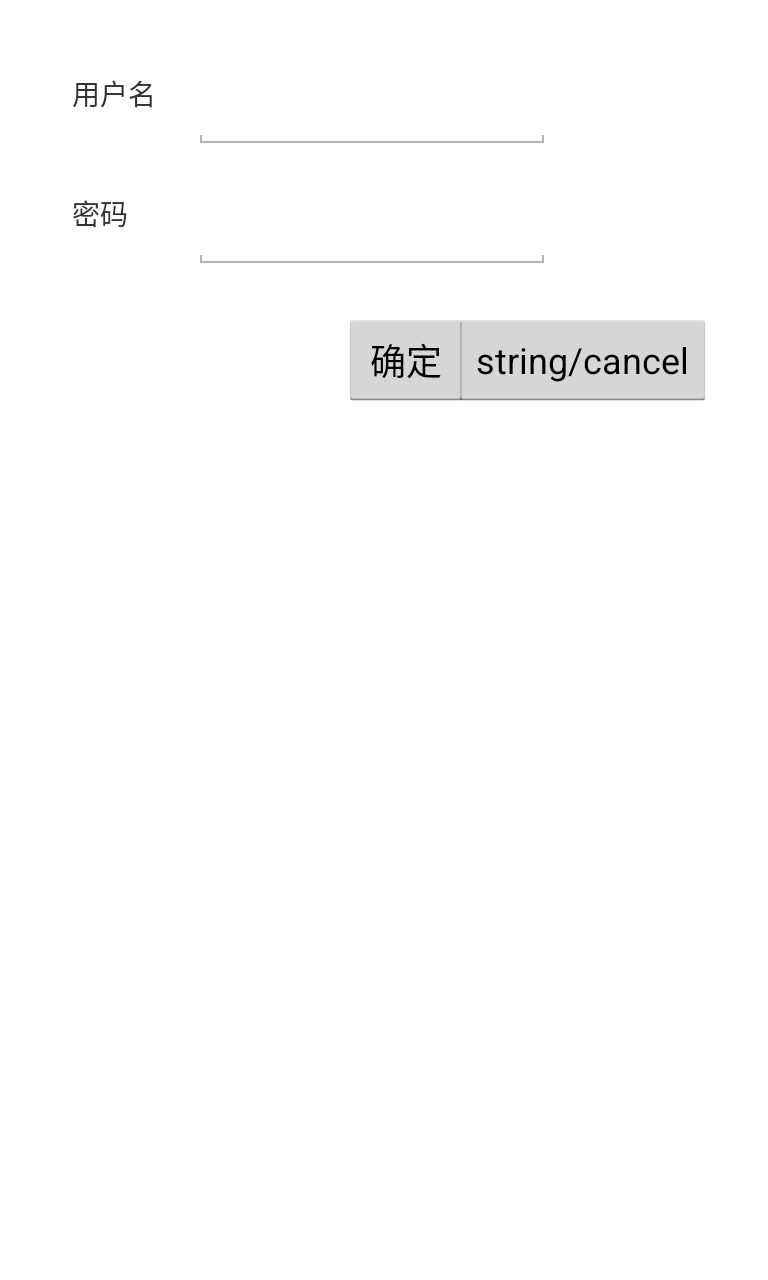
Repository: ShigerD/AndroidSample
Layout: Sample/Sample3/Sample3_5/Sample3_5/res/layout/activity_main.xml
These files come from the project's save history. The layout is drawn as it stood at one moment and after the next save; the edit follows.
It is drawn on a 768 x 1280 px phone screen (xhdpi) without system bars, with theme AppTheme; the app's code is not run.

Above is the layout before, as saved 2016-08-17 05:10:39.

After the next save:
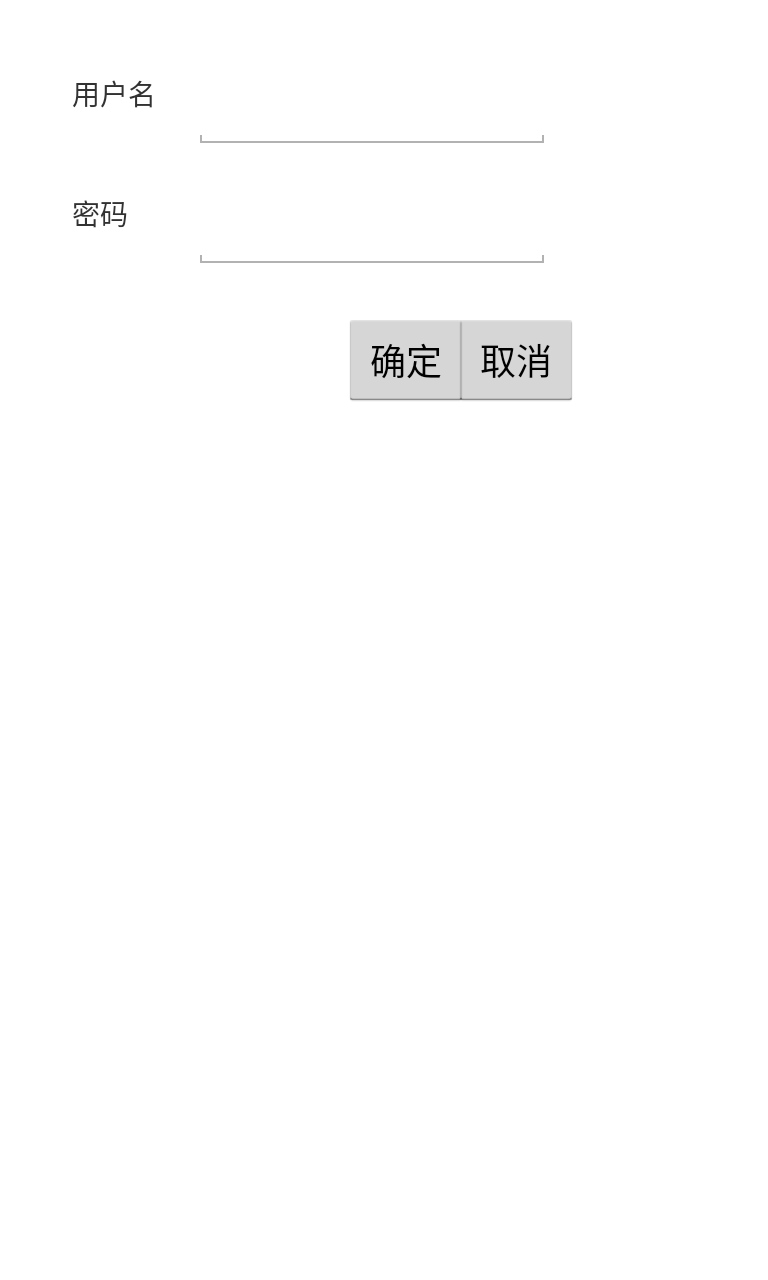
Saved 7 s later.
--- a/Sample/Sample3/Sample3_5/Sample3_5/res/layout/activity_main.xml
+++ b/Sample/Sample3/Sample3_5/Sample3_5/res/layout/activity_main.xml
@@ -48,6 +48,6 @@
            android:layout_height="wrap_content"
            android:layout_x="210dp"
            android:layout_y="140dp"
-           android:text="string/cancel" />
+           android:text="@string/cancel" />
 
 </AbsoluteLayout>
